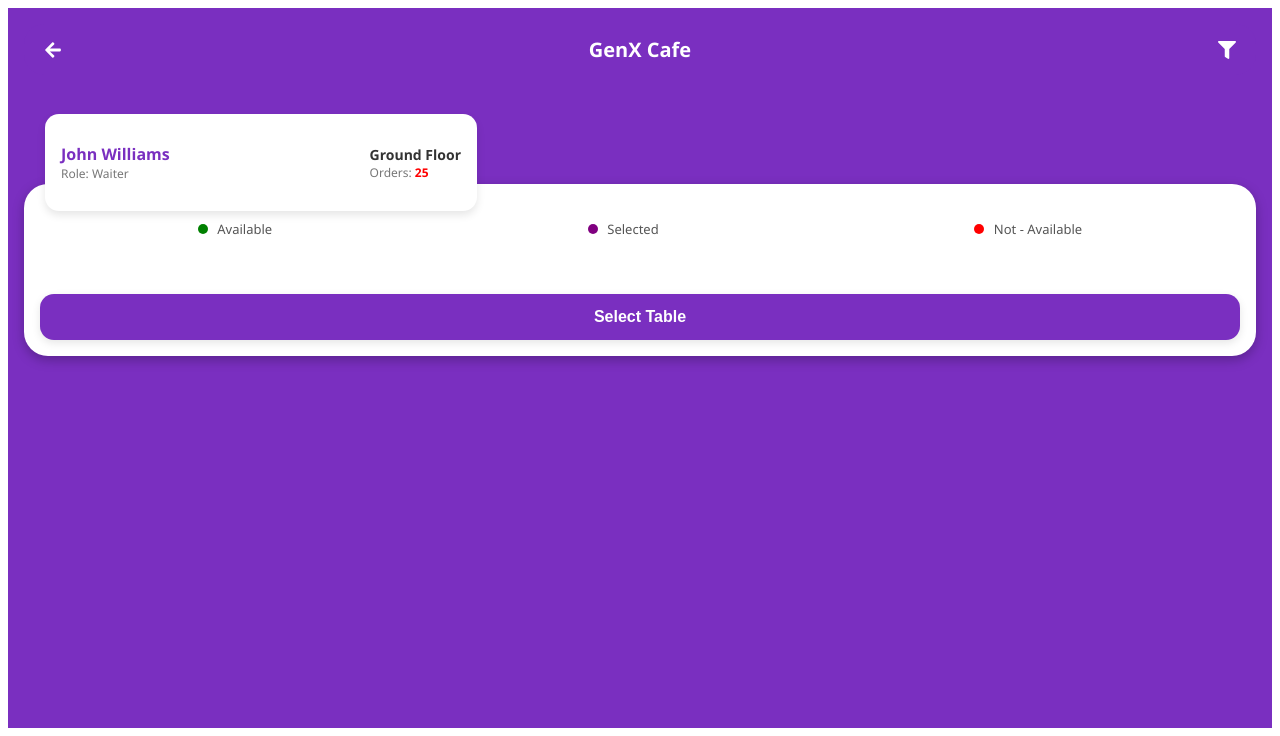
Repository: rajeshwaranslv/sturdy-spork-genx-frontend
Page: /
These files come from the project's save history. The page is drawn as it stood at one moment and after a run of saves; the edit follows.
The browser window is 1280 px wide. The pictures show the whole page.
The page's requests for data from a server got no answer. The project was rebuilt for these pictures with package versions that can differ from the ones it lists, and the page was loaded fresh each time. No one was signed in, and anything a server would have sent is missing. Also part of the build but not shown: src/components/MenuSelection.js, src/components/OrderReview.js, src/components/Billing.js, src/components/Success.js.

Above is the page before, as saved 2025-07-15 10:18:38.

After the next 2 saves:
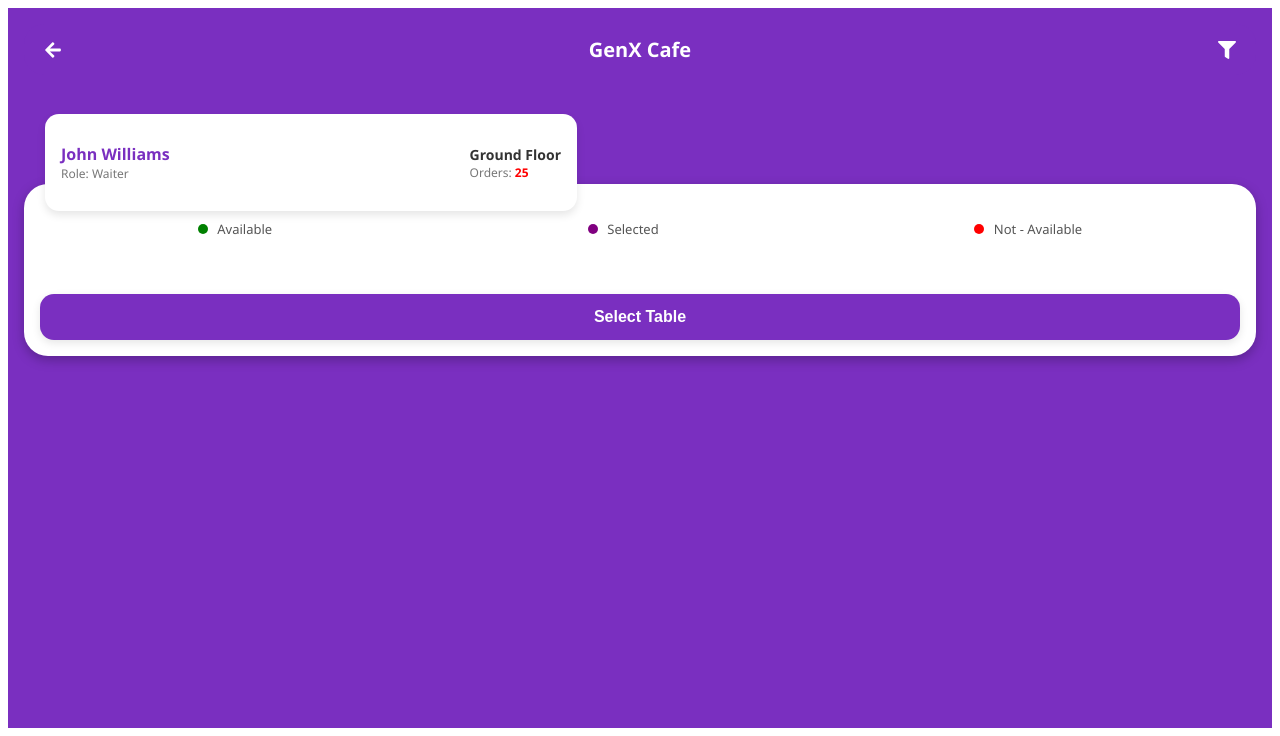
The 2 saves are shown as one change because they came seconds apart.
The last was saved 7 s later.
--- a/src/components/style.css
+++ b/src/components/style.css
@@ -261,7 +261,7 @@
   padding: 12px 16px;
   margin-top: 12px;
   display: flex;
-      width:400px;
+      width:500px;
   justify-content: space-between;
   align-items: center;
 }
